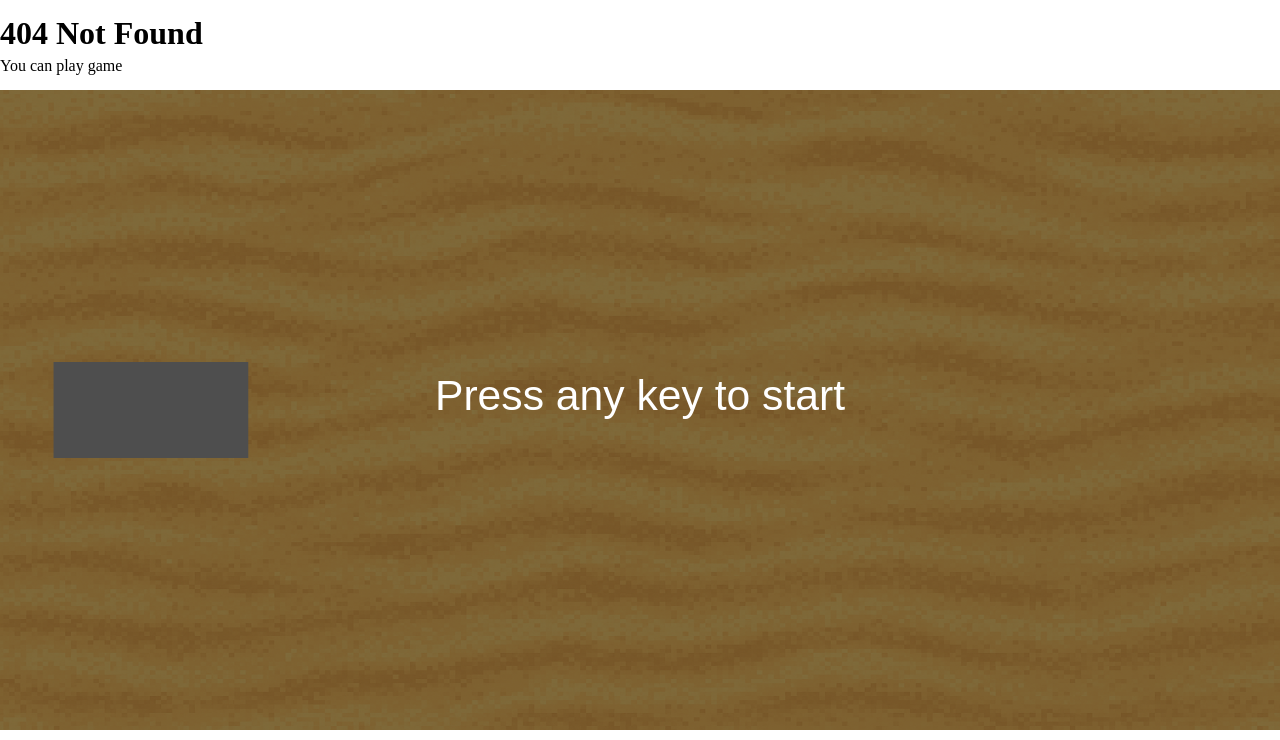
Repository: btgoo/game
Page: car.html
The author's editor kept a copy of each file at every save. The page is drawn from the files as they stood at one save, then again after a run of saves.
The browser window is 1280 px wide. The pictures show the whole page.

Above is the page before, as saved 2025-10-25 21:09:48.

### car.html
<!DOCTYPE html>
<script src="carscript.js" defer type="module"></script>
<link rel="stylesheet" href="car_style.css">
<html lang="en">
<head>
    <meta charset="UTF-8">
    <meta http-equiv="X-UA-Compatible" content="IE=edge" />
    <meta name="viewport" content="width=device-width, initial-scale=1.0">
    <title>CarGo</title>
</head>
<body>
    <h1>404 Not Found</h1>
    You can play game
    <p id="demo"></p>
    <canvas id="game">
    </canvas>
</body>
 </html>

### carscript.js
const canvas = document.getElementById("game");
const ctx = canvas.getContext("2d");

const GAME_WIDTH = 1200;
const GAME_HEIGHT = 600;
const PLAYER_WIDTH = 183;
const PLAYER_HEIGHT = 90;
const NUM_LANES = 5;

const obstacleImages = [
    "./assets/obstacles/cactus1.png",
    "./assets/obstacles/cactus2.png",
    "./assets/obstacles/tumbleweed.png",
    "./assets/car_images/orange_car.png"
  ];


let scaleRatio = null;
let backgroundX = 0;
let backgroundSpeed = 2;
let obstacleSpeed = 3;
let speedIncreaseRate = 0.0005;

let gameRunning = false;
let gameOver = false;

let car = {
  x: GAME_WIDTH / 24,
  width: PLAYER_WIDTH,
  height: PLAYER_HEIGHT,
  lane: 2,
};

let obstacles = [];
let obstacleTimer = 0;
let obstacleInterval = 120;
let lanes = [];

function setupLanes() {
  const laneHeight = GAME_HEIGHT / NUM_LANES;
  lanes = [];
  for (let i = 0; i < NUM_LANES; i++) {
    lanes.push(laneHeight * i + (laneHeight - car.height) / 2);
  }
  car.y = lanes[car.lane];
}

function getScaleRatio() {
  const screenHeight = Math.min(window.innerHeight, document.documentElement.clientHeight);
  const screenWidth = Math.min(window.innerWidth, document.documentElement.clientWidth);

  if (screenWidth / screenHeight < GAME_WIDTH / GAME_HEIGHT) {
    return screenWidth / GAME_WIDTH;
  } else {
    return screenHeight / GAME_HEIGHT;
  }
}

function setScreen() {
  scaleRatio = getScaleRatio();
  canvas.width = GAME_WIDTH * scaleRatio;
  canvas.height = GAME_HEIGHT * scaleRatio;
  setupLanes();
}

setScreen();
window.addEventListener("resize", () => {
  setScreen();
  drawScene();
});

const backgroundImg = new Image();
backgroundImg.src = "./assets/car_images/background.png";

const carImg = new Image();
carImg.src = "./assets/car_images/blue_car.png";

const obstacleImg = new Image();
obstacleImg.src = "./assets/car_images/red_car.png";

backgroundImg.onload = requestAnimationFrame(gameLoop);
carImg.onload = () => requestAnimationFrame(gameLoop);

backgroundImg.onload = drawStartScreen;
carImg.onload = drawStartScreen;


function drawStartScreen() {
    drawScene();
    ctx.fillStyle = "rgba(0, 0, 0, 0.5)";
    ctx.fillRect(0, 0, canvas.width, canvas.height);

    ctx.fillStyle = "white";
    ctx.font = `${40 * scaleRatio}px Arial`;
    ctx.textAlign = "center";
    ctx.fillText("Press any key to start", canvas.width / 2, canvas.height / 2);
}

function drawScene() {
    ctx.clearRect(0, 0, canvas.width, canvas.height);

    if (backgroundImg.complete) {
        const bgWidth = canvas.width;
        const bgHeight = canvas.height;
        let bgX = -backgroundX * scaleRatio;

        ctx.drawImage(backgroundImg, bgX, 0, bgWidth, bgHeight);
        ctx.drawImage(backgroundImg, bgX + bgWidth, 0, bgWidth, bgHeight);

        if (backgroundX * scaleRatio >= bgWidth) {
        backgroundX = 0;
        }
    }

    obstacles.forEach((ob) => {
        ctx.drawImage(
        obstacleImg,
        ob.x * scaleRatio,
        ob.y * scaleRatio,
        ob.width * scaleRatio,
        ob.height * scaleRatio
        );
    });

    ctx.drawImage(
        carImg,
        car.x * scaleRatio,
        car.y * scaleRatio,
        car.width * scaleRatio,
        car.height * scaleRatio
    );
    if (gameOver) {
        ctx.fillStyle = "rgba(0, 0, 0, 0.6)";
        ctx.fillRect(0, 0, canvas.width, canvas.height);
        ctx.fillStyle = "white";
        ctx.font = `${60 * scaleRatio}px Arial Black`;
        ctx.textAlign = "center";
        ctx.fillText("GAME OVER", canvas.width / 2, canvas.height / 2);
        ctx.font = `${30 * scaleRatio}px Arial`;
        ctx.fillText("Press any key to restart", canvas.width / 2, canvas.height / 2 + 60 * scaleRatio);
    }
}

function gameLoop() {
    if (gameRunning && !gameOver) {
      // Move background
        backgroundX += backgroundSpeed / scaleRatio;

        obstacleTimer++;
        if (obstacleTimer > obstacleInterval) {
            spawnObstacle();
            obstacleTimer = 0;
            obstacleInterval = 100 + Math.random() * 100;
        }

        obstacles.forEach((ob) => (ob.x -= obstacleSpeed));

        obstacles = obstacles.filter((ob) => ob.x + ob.width > 0);

        checkCollisions();

        backgroundSpeed += speedIncreaseRate;
        obstacleSpeed += speedIncreaseRate;

        drawScene();
    }
    requestAnimationFrame(gameLoop);
}
requestAnimationFrame(gameLoop);

function checkCollisions() {
    obstacles.forEach((ob) => {
      const carLeft = car.x;
      const carRight = car.x + car.width;
      const carTop = car.y;
      const carBottom = car.y + car.height;

      const obLeft = ob.x;
      const obRight = ob.x + ob.width;
      const obTop = ob.y;
      const obBottom = ob.y + ob.height;

      const horizontalOverlap = carLeft < obRight && carRight > obLeft;
      const verticalOverlap = carTop < obBottom && carBottom > obTop;

      if (horizontalOverlap && verticalOverlap) {
        gameOver = true;
        gameRunning = false;
      }
    });
}

function spawnObstacle() {
    const lane = Math.floor(Math.random() * NUM_LANES);
    const newObstacle = {
        x: GAME_WIDTH + 50, // start slightly off-screen
        y: lanes[lane],
        width: PLAYER_WIDTH,
        height: PLAYER_HEIGHT,
        lane: lane,
    };
    obstacles.push(newObstacle);
}

window.addEventListener("keydown", (e) => {
    if (!gameRunning && !gameOver) {
      // Start game
      gameRunning = true;
      obstacles = [];
      backgroundX = 0;
      backgroundSpeed = 2;
      obstacleSpeed = 3;
      drawScene();
    } else if (gameOver) {
      // Restart
      gameOver = false;
      gameRunning = true;
      backgroundX = 0;
      obstacles = [];
      backgroundSpeed = 2;
      obstacleSpeed = 3;
    } else {
      // Move car if running
      if (e.key === "ArrowUp" && car.lane > 0) {
        car.lane--;
      } else if (e.key === "ArrowDown" && car.lane < NUM_LANES - 1) {
        car.lane++;
      }
      car.y = lanes[car.lane];
    }
});

### car_style.css
* {
    padding: 0px;
    padding-top: 5px;
    padding-bottom: 5px;
    margin: 0px;
}
body{
    /* display:flex; */
    align-items: center;
    justify-content: center;
    height: 100vh;

    user-select: none;
    touch-action: none;
    -webkit-touch-callout: none;
    -webkit-user-select: none;
    -khtml-user-select: none;
    -moz-user-select: none;
    -ms-user-select: none;
    user-select: none;
    outline: none;
    -webkit-tap-highlight-color: rgba(255, 255, 255, 0);
}
/* canvas {

} */
div {
    width: 200px;
    height: 200px;
    background-color: red;
    position: absolute;
  }

After the next 2 saves:
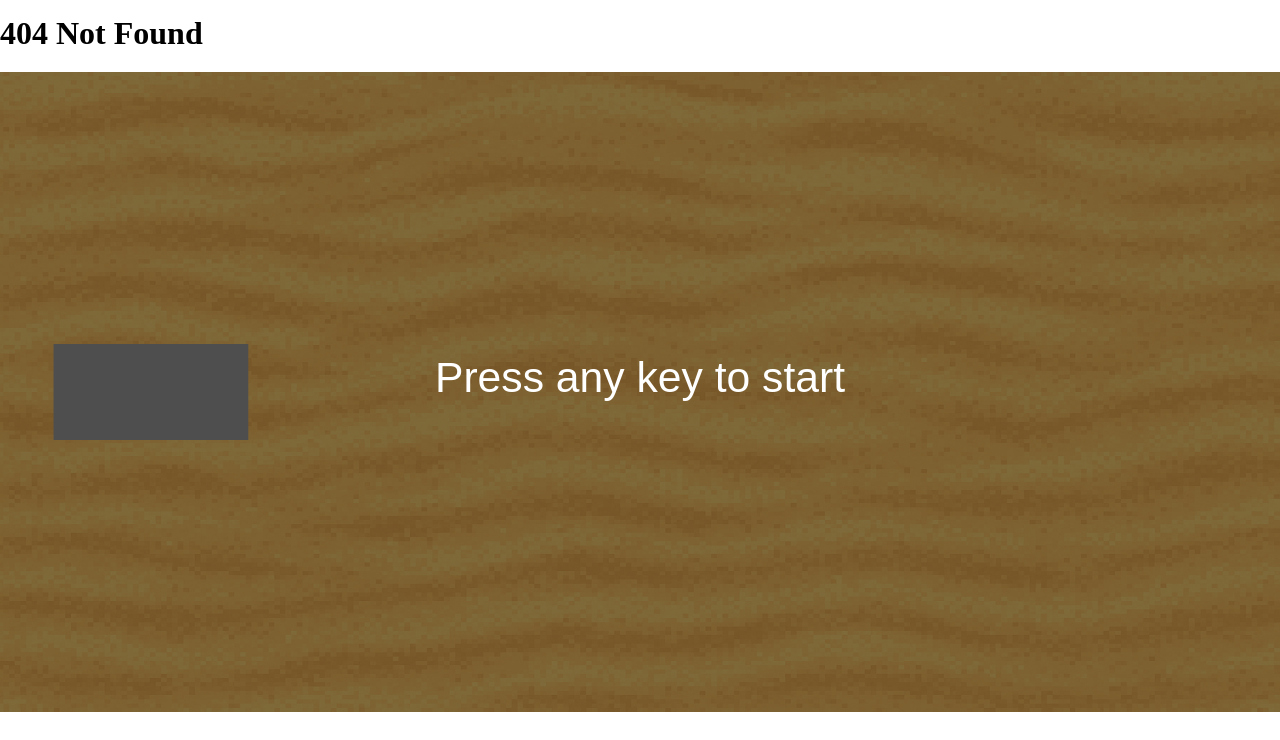
The 2 saves are shown as one change because they came seconds apart.
The last was saved 12 s later.
--- a/car.html
+++ b/car.html
@@ -10,7 +10,7 @@
 </head>
 <body>
     <h1>404 Not Found</h1>
-    You can play game
+
     <p id="demo"></p>
     <canvas id="game">
     </canvas>
